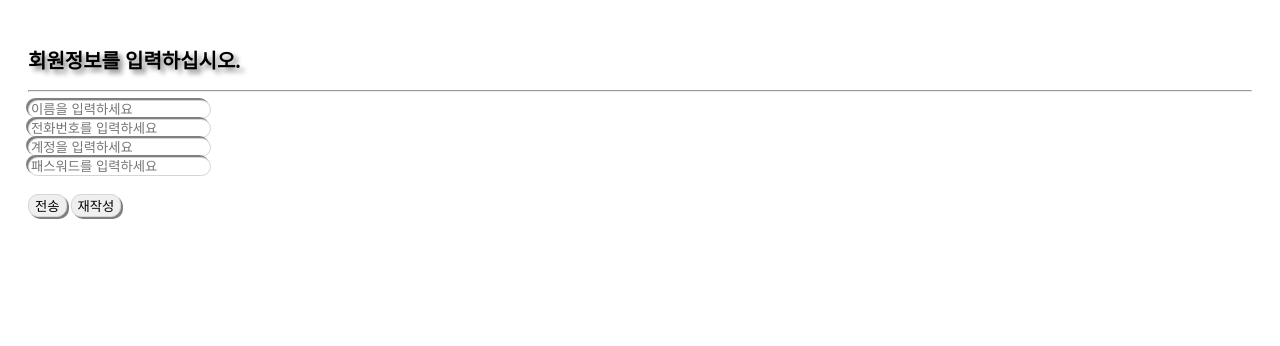
Repository: kdg0109/multicampus_course
Page: web course/workspace_web/mvc/WebContent/htmlexam/memberForm.html
These files come from the project's save history. The page is drawn as it stood at one moment and after the next save; the edit follows.
The browser window is 1280 px wide. The pictures show the whole page.

Above is the page before, as saved 2018-02-09 03:27:51.

After the next save:
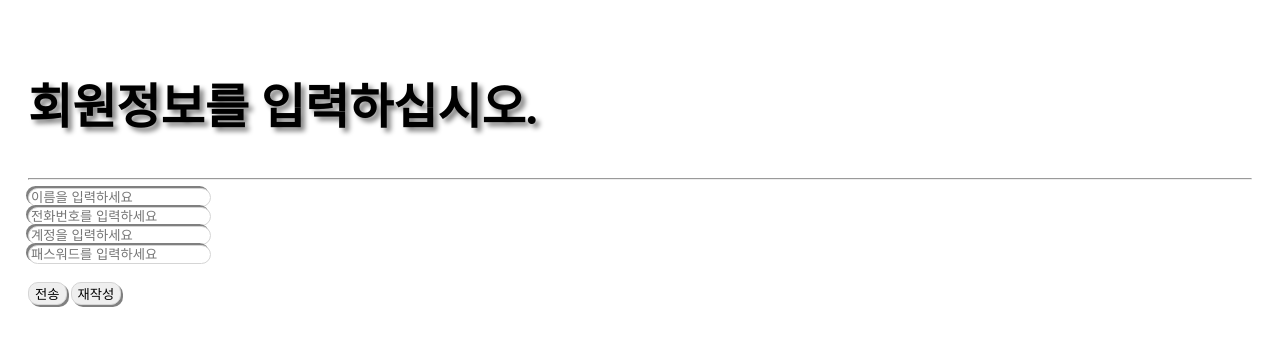
Saved 10 s later.
--- a/web course/workspace_web/mvc/WebContent/htmlexam/memberForm.html
+++ b/web course/workspace_web/mvc/WebContent/htmlexam/memberForm.html
@@ -5,7 +5,7 @@
 <title>Insert title here</title>
 <style>
 	h1 {
-		font-size : 20px;
+		font-size : 3em;
 		text-shadow: 4px 4px 5px gray;
 	}
 	input {
